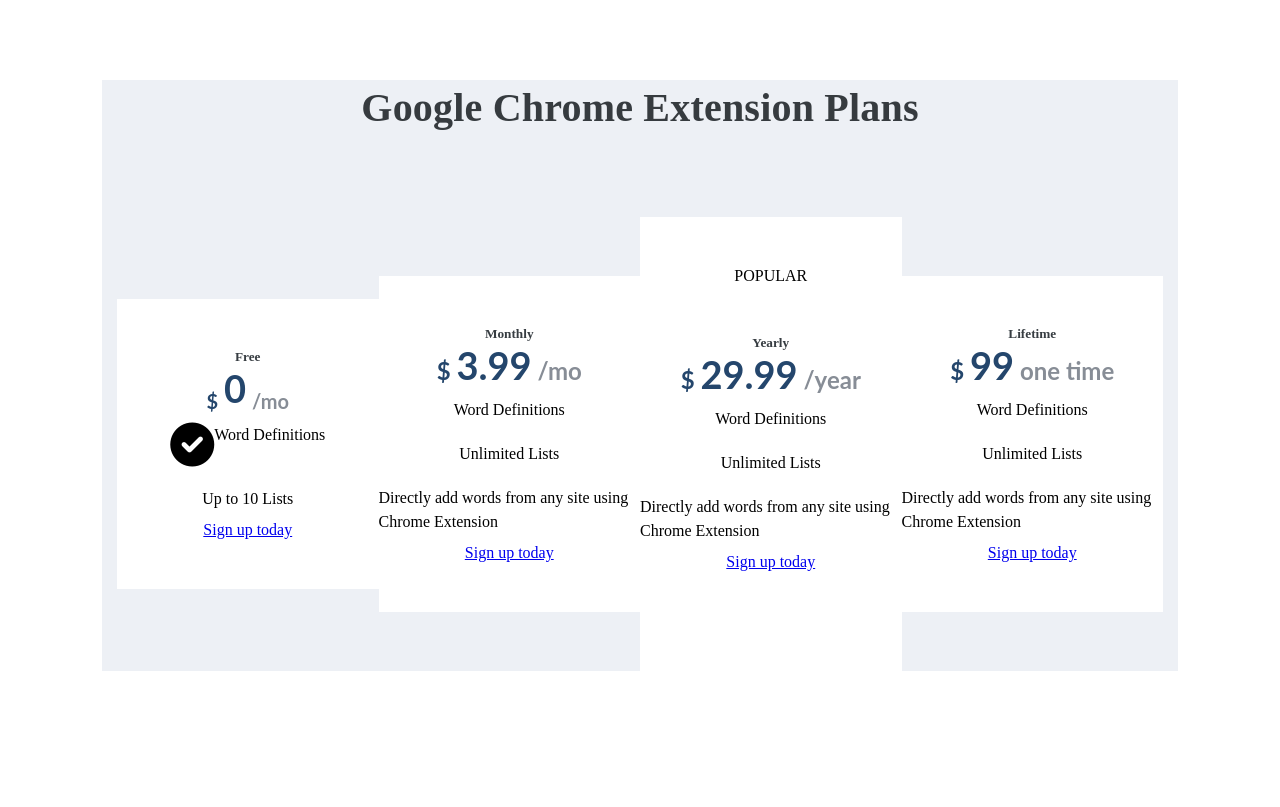
Repository: Novoselets28/chatos-test-task
Page: index.html
These files come from the project's save history. The page is drawn as it stood at one moment and after the next save; the edit follows.
The browser window is 1280 px wide. The pictures show the whole page.

Above is the page before, as saved 2023-04-19 11:08:56.

### index.html
<!DOCTYPE html>
<html lang="en">
<head>
    <meta charset="UTF-8">
    <meta http-equiv="X-UA-Compatible" content="IE=edge">
    <meta name="viewport" content="width=device-width, initial-scale=1.0">
    <link rel="stylesheet" type="text/css" href="index.css" />
    <link rel="stylesheet" href="https://cdnjs.cloudflare.com/ajax/libs/font-awesome/6.0.0/css/all.min.css">
    <title>Document</title>
</head>
<body>
    <div class="page__extension extension">
        <div class="extension__container _container">
            <div class="extension__header header-block">
                <h2 class="header-block__title">Google Chrome Extension Plans</h2>
            </div>
            <div class="extension__items">
                <!-- Modern pricing table - Free -->
                <div class="extension__item item-extension">
                        <h5 class="item-extension__title">Free</h5>
                        <div class="item-extension__price price-item">
                            <sub class="price-item__dollar">$</sub>
                            <span class="price-item__number">0</span>
                            <sub class="price-item__label">/mo</sub>
                        </div>
                        <div class="item-extension__points">
                            <ul class="item-extension__point point-list">
                                <li class="point-list__item">
                                    <i class="fa-regular fa-circle-check"></i>
                                        Word Definitions
                                </li>
                                <li class="point-list__item">
                                    <i class="point-list__icon"></i>
                                        Up to 10 Lists
                                </li>
                            </ul>
                        </div>
                        <a href="https://boostvocab.com/register" class="item-extension__button">Sign up today</a>
                </div>
                <!-- END : Modern pricing table - Free -->
                <!-- Modern pricing table - MOnthly -->
                <div class="extension__item item-extension">
                        <h5 class="item-extension__title">Monthly</h5>
                        <div class="item-extension__price price-item">
                            <span class="price-item__dollar">$</span>
                            <span class="price-item__number">3.99</span>
                            <span class="price-item__label">/mo</span>
                        </div>
                        <div class="item-extension__points">
                            <ul class="item-extension__point point-list">
                                <li class="point-list__item">
                                    <i class="point-list__icon"></i>
                                        Word Definitions
                                </li>
                                <li class="point-list__item">
                                    <i class="point-list__icon"></i>
                                        Unlimited Lists
                                </li>
                                <li class="point-list__item">
                                    <i class="point-list__icon"></i>
                                        Directly add words from any site using Chrome Extension
                                </li>
                            </ul>
                        </div>
                        <a target="new" href="https://buy.stripe.com/5kAdRpbLh3k71RS6oo" class="item-extension__button">Sign up today</a>
                </div>
                <!-- END : Modern pricing table - Monthly -->
                <!-- Modern pricing table - Yearly -->
                <div class="extension__item item-extension" style="z-index: 2;">
                        <div class="ribbon"><span>POPULAR</span></div>
                        <div class="extension__item item-extension">
                            <h5 class="item-extension__title">Yearly</h5>
                            <div class="item-extension__price price-item">
                                <span class="price-item__dollar">$</span>
                                <span class="price-item__number">29.99</span>
                                <span class="price-item__label">/year</span>
                            </div>
                            <div class="item-extension__points">
                               <ul class="item-extension__point point-list">
                                    <li class="point-list__item">
                                        <i class="point-list__icon"></i>
                                            Word Definitions
                                    </li>
                                    <li class="point-list__item">
                                        <i class="point-list__icon"></i>
                                            Unlimited Lists
                                    </li>
                                    <li class="point-list__item">
                                        <i class="point-list__icon"></i>
                                            Directly add words from any site using Chrome Extension
                                    </li>
                                </ul>
                            </div>
                            <a target="new" href="https://buy.stripe.com/aEU6oX3eL6wjdAA7st" class="item-extension__button">Sign up today</a>
                        </div>
                </div>
                <!-- END : Modern pricing table - Yearly -->
                <!-- Modern pricing table - Lifetime -->
                <div class="extension__item item-extension">
                        <h5 class="item-extension__title">Lifetime</h5>
                        <div class="item-extension__price price-item">
                            <span class="price-item__dollar">$</span>
                            <span class="price-item__number">99</span>
                            <span class="price-item__label">one time</span>
                        </div>
                        <div class="item-extension__points">
                            <ul class="item-extension__point point-list">
                                <li class="point-list__item">
                                    <i class="point-list__icon"></i>
                                        Word Definitions
                                </li>
                                <li class="point-list__item">
                                    <i class="point-list__icon"></i>
                                        Unlimited Lists
                                </li>
                                <li class="point-list__item">
                                    <i class="point-list__icon"></i>
                                        Directly add words from any site using Chrome Extension
                                </li>
                            </ul>
                        </div>
                        <a target="new" href="https://buy.stripe.com/4gwfZxbLh8Er54428a" class="item-extension__button">Sign up today</a>
                    <!-- END : Modern pricing table - Lifetime -->

                </div>
            </div>
        </div>
    </div>
</body>
</html>

### index.css
*{
    margin: 0;
    padding: 0;
    box-sizing: border-box;
}

.page__extension {

}

.extension{
    padding: 80px 0px 136px 0px;
}

.extension__container{
    background-color: #edf0f5;
}

._container{
    max-width: 1046px;
    padding: 0 15px;
    margin: 0 auto;
    box-sizing: content-box;
}

.extension__header{
    margin: 0 0 80px 0;
}

.header-block{
    text-align: center;
    letter-spacing: 0.2px;
}

.header-block__title{
    font-size: 40px;
    font-weight: 700;
    line-height: 142%;
    color: #363b3f;
}

.extension__items{
    display: flex;
    align-items: center;
}

.extension__item{
    flex: 0 1 33.333%;
}

.item-extension{
    display: flex;
    flex-direction: column;
    justify-content: center;
    align-items: center;
    background-color: #fff;
    padding: 50px 0;
}

.item-extension__title{
    color: #373d42;
}

.item-extension__price{
    color: #24466c;
}

.price-item{
    margin: 0;
    font-size: 24px;
    font-family: "Lato";
    font-weight: bold;
}

.price-item__dollar{

}

.price-item__number{
    text-transform: uppercase;
    font-size: 38px;
}

.price-item__label{
    color: #878d96;
}

.item-extension__points{
    display: flex;
    flex-direction: column;
    justify-content: center;
    align-items: center;
}

.item-extension__point{
    color: inherit;
    font-weight: 400;
    line-height: 150%;
    font-size: 16px;
    display: flex;
    flex-direction: column;
    justify-content: space-around;
    align-items: center;
}

.point-list{

}

.point-list__item i{
    content: "f058";
    font-family: "FontAwesome";
font-size: 44px;
line-height: 1;
}

.point-list__item{
    list-style-type: none;
    display: flex;
    justify-content: center;
    width: 100%;
    padding: 10px 0;
}

.point-list__icon{

}

.item-extension__button{

}

After the next save:
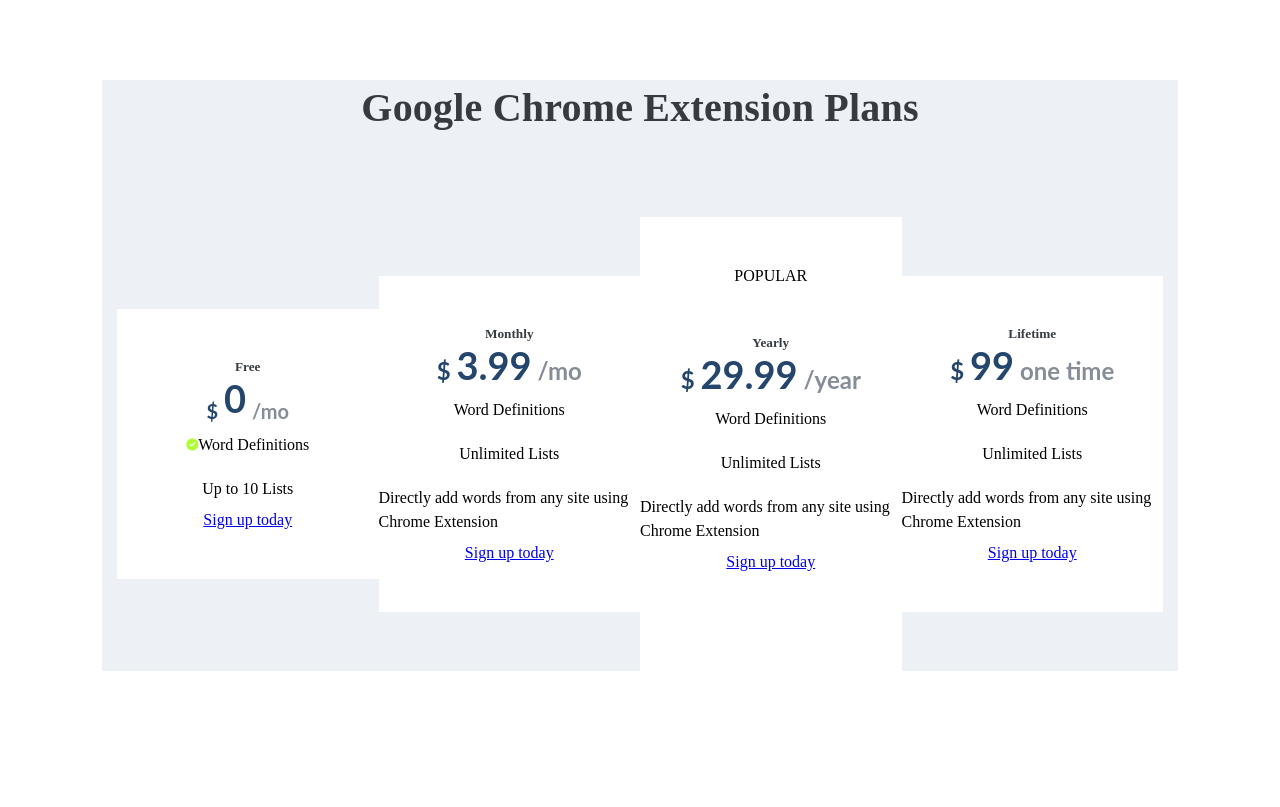
Saved 2 min 52 s later.
--- a/index.css
+++ b/index.css
@@ -110,8 +110,9 @@
 .point-list__item i{
     content: "f058";
     font-family: "FontAwesome";
-font-size: 44px;
-line-height: 1;
+    font-size: 12px;
+    line-height: 2;
+    color: greenyellow;
 }
 
 .point-list__item{
